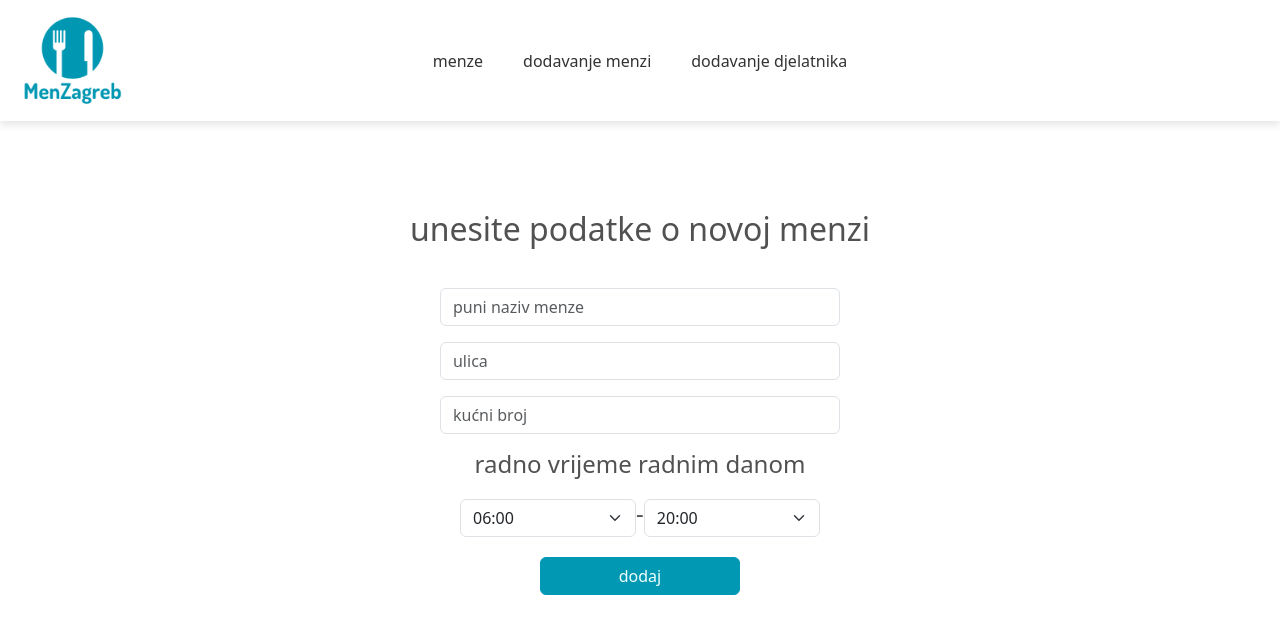
Repository: MENZG/menZg
Page: /admin/dodajMenzu (app in IzvorniKod/)
These files come from the project's save history. The page is drawn as it stood at one moment and after the next save; the edit follows.
The browser window is 1280 px wide. The pictures show the whole page.
The project was rebuilt for these pictures with package versions that can differ from the ones it lists, and the page was loaded fresh each time. Also part of the build but not shown: IzvorniKod/vite.config.ts, IzvorniKod/src/Components/LoginForm.tsx, IzvorniKod/src/Components/AdminLogin.tsx, IzvorniKod/src/Components/EmployeeLogin.tsx, IzvorniKod/src/Components/NavBar.tsx, IzvorniKod/src/Components/ListaMenza.tsx, IzvorniKod/src/Components/Profil.tsx, IzvorniKod/src/Components/ListaEmployees.tsx and 6 more.

Above is the page before, as saved 2024-11-07 14:10:32.

After the next save:
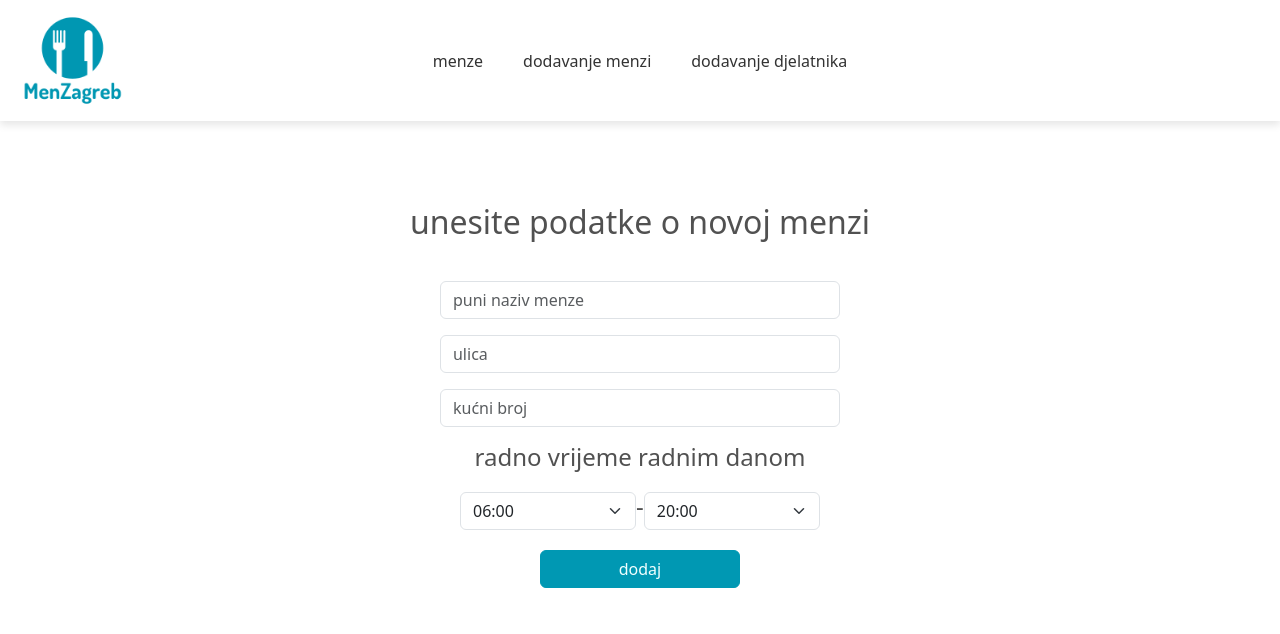
Saved 8 s later.
--- a/IzvorniKod/src/styles/AddMenza.css
+++ b/IzvorniKod/src/styles/AddMenza.css
@@ -4,7 +4,7 @@
     align-items: center; /* Centers the children horizontally */
     justify-content: center; /* Centers the children vertically, if needed */
     text-align: center;
-    padding-top: 14vh;
+    padding-top: 12vh;
 }
 
 .h2{
